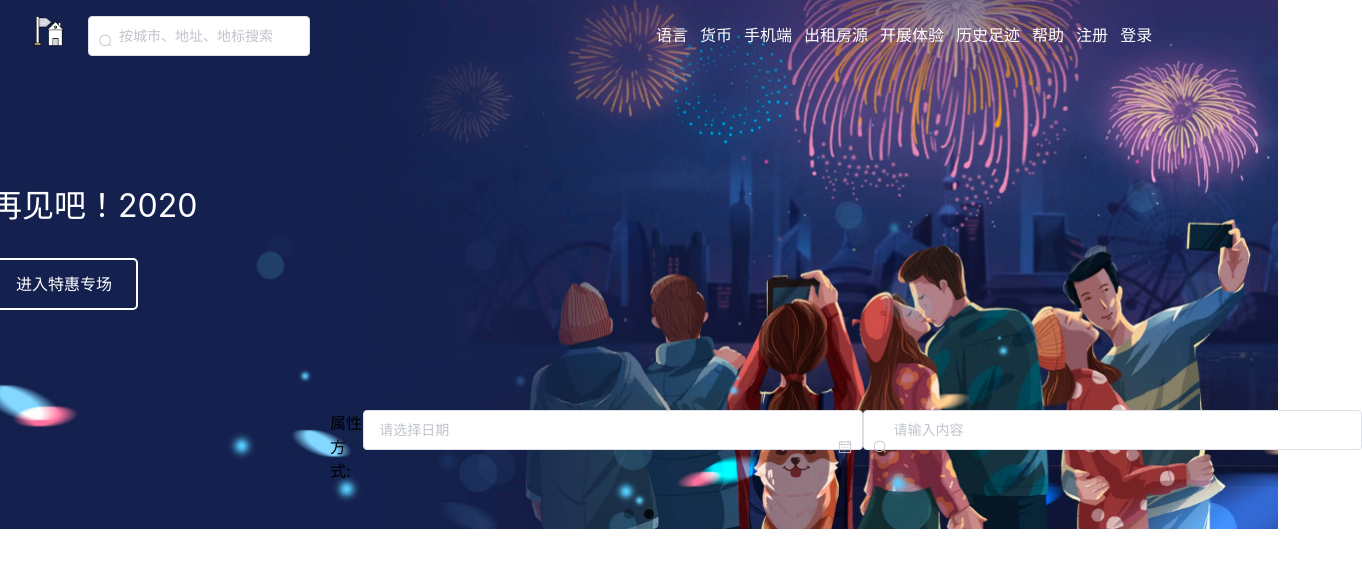
Repository: yz1181214391/my-airbnb
Page: /
The author's editor kept a copy of each file at every save. The page is drawn from the files as they stood at one save, then again after the next save.
The browser window is 1280 px wide. The page is 1362 px wide, so the pictures cover 1362 px, including what lies to the right of the window. The pictures show the whole page.
The project was rebuilt for these pictures with package versions that can differ from the ones it lists, and the page was loaded fresh each time. Also part of the build but not shown: src/views/Language.vue, src/views/Currency.vue, src/views/Enter.vue, src/views/Experience.vue, src/views/Help.vue, src/views/History.vue, src/views/Mobile.vue, src/views/Register.vue and 1 more.

Above is the page before, as saved 2020-12-11 10:47:28.

### src/App.vue
<template>
  <div id="app">
    <div class="app-header">
      <Header/>
      <Banner class="banner"/>
    </div>

  </div>

</template>

<script>
import Banner from './components/Banner'
import Header from './components/Header'

export default {
   name: 'app',
  components:{
    Banner,
    Header
  }
}
</script>


<style lang="less">
// #app {
//   font-family: Avenir, Helvetica, Arial, sans-serif;
//   -webkit-font-smoothing: antialiased;
//   -moz-osx-font-smoothing: grayscale;
//   text-align: center;
//   color: #2c3e50;
// }

  html,body {margin: 0;padding: 0;height: 100%;width: 100%;}
  a {text-decoration: none;}
  body,div,dl,dt,dd,ul,ol,li,h1,h2,h3,h4,h5,h6,pre,form,fieldset,input,textarea,p,blockquote,th,td {margin: 0;padding: 0;}
  table {border-collapse: collapse;border-spacing: 0;}
  fieldset,img {border: 0;}
  address,caption,cite,code,dfn,em,strong,th,var {font-style: normal;font-weight: normal;}
  ol,ul {list-style: none;}
  caption,th {text-align: left;}
  h1,h2,h3,h4,h5,h6 {font-size: 100%;font-weight: normal;}
  q:before,q:after {content: '';}
  abbr,acronym {border: 0;}
  body{
      font-family: "Chinese Quote", -apple-system, BlinkMacSystemFont, "Segoe UI", "PingFang SC", "Hiragino Sans GB", "Microsoft YaHei", "Helvetica Neue", Helvetica, Arial, sans-serif, "Apple Color Emoji", "Segoe UI Emoji", "Segoe UI Symbol";
  }

  .banner{
    position: absolute;
    left: 0;
    top: 0;
    z-index: -1;
  }
</style>

### src/router/index.js
import Vue from 'vue'
import VueRouter from 'vue-router'

import Language from '../views/Language.vue'
import Currency from '../views/Currency.vue'
import Enter from '../views/Enter.vue'
import Experience from '../views/Experience.vue'
import Help from '../views/Help.vue'
import History from '../views/History.vue'
import Mobile from '../views/Mobile.vue'
import Register from '../views/Register.vue'
import Room from '../views/Room.vue'



Vue.use(VueRouter)

const routes = [
  // {
  //   path: '/',
  //   name: 'Language',
  //   component: Language
  // },
  // {
  //   path: '/Currency',
  //   name: 'Currency',
  //   // route level code-splitting
  //   // this generates a separate chunk (about.[hash].js) for this route
  //   // which is lazy-loaded when the route is visited.
  //   component: () => import(/* webpackChunkName: "about" */ '../views/Currency.vue')
  // }
  { path : '/Language', component : Language},
  { path : '/Currency', component : Currency},
  { path : '/Enter', component : Enter},
  { path : '/Experience', component : Experience},
  { path : '/Help', component : Help},
  { path : '/History', component : History},
  { path : '/Mobile', component : Mobile},
  { path : '/Register', component : Register},
  { path : '/Room', component : Room},
]

const router = new VueRouter({
  mode: 'history',
  base: process.env.BASE_URL,
  routes
})

export default router

### src/components/Banner.vue
<template>
  <div class="banner-box">
      <div class="banner">
          <img v-for="(v,i) in img " :key="i" :src="v" v-show="i==n" alt="">
          <div class="banner-circle">
              <ul>
                 <li v-for="(v,i) in img" :key="i" :class="i==n ? 'selected' : ''"></li>
              </ul>
          </div>
      </div>
  </div>
</template>

<script>
export default {
  data (){
      return{
          n:0,
          img:[
              require("../assets/img/banner1.jpg"),
              require("../assets/img/banner2.jpeg")
          ]
      }
  },
  methods : {
      fun:function(){
          setInterval(this.play,5000)
      },
      play:function(){
          this.n++;
          if(this.n == this.img.length){
              this.n = 0
          }
      }
  },
  mounted:function(){
          this.fun()
      }
}
</script>
<style>
    .banner-box{
      width: 100%;
      height: 529px;
    }
    ul{
        list-style-type: none;
    }
    .banner{
        position: relative;
    }
    .banner .banner-circle{
        position: absolute;
        bottom: 5px;
        left: 0;
        right: 0;
        color: #ffffff;
    }
    .banner .banner-circle li{
        display: inline-block;
        background: rgba(0,0,0,0.3);
        border-radius: 50%;
        padding: 5px;
        margin: 5px;
    }
    .banner .banner-circle ul{
        text-align: center;
    }
    .banner .banner-circle .selected{
        background: rgba(0,0,0,0.8);
    }
    .banner img{
        width: 100%;
        height: 529px;
        margin: 0;
        padding: 0;
    }
</style>

### src/components/Header.vue
<template>
    <div class="airbnb-box">
      <el-row :gutter="20">
        <el-col :span="6">
          <div class="grid-content bg-purple" style="display:flex">
            <a href="###"><img class="logo" src="../assets/img/012-zhandian.png" alt=""></a>
            <el-input v-model="input" style="width: 460px;height: 48px;" prefix-icon='el-icon-search' placeholder="按城市、地址、地标搜索"></el-input>
          </div>
        </el-col>
        <el-col :span="12" :offset="6">
          <div class="grid-content bg-purple nav-box">
            <router-link to="/Language">语言</router-link>
            <router-link to="/Currency">货币</router-link>
            <router-link to="/Mobile">手机端</router-link>
            <router-link to="/Room">出租房源</router-link>
            <router-link to="/Experience">开展体验</router-link>
            <router-link to="/History">历史足迹</router-link>
            <router-link to="/Help">帮助</router-link>
            <router-link to="/Register">注册</router-link>
            <router-link to="/Enter">登录</router-link>
          </div>
        </el-col>
      </el-row>
      <el-row :gutter="20">
        <el-col :span="6" :offset="6">
          <div class="grid-content bg-purple" style="margin:80px 0; margin-left:-340px">
            <h1 style="font-size:32px;color:#fff">再见吧！2020</h1>
            <div class="preferential-btn">进入特惠专场</div>
          </div>
        </el-col>
        <el-col :span="6" :offset="6"><div class="grid-content bg-purple"></div></el-col>
      </el-row>
      <el-row :gutter="20">
        <el-col :span="12" :offset="6" >
          <div class="grid-content bg-purple">
            <div class="demo-input-suffix" style="display:flex;width:1032px;height:72px;">
              属性方式:
              <el-input
                placeholder="请选择日期"
                suffix-icon="el-icon-date"
                v-model="input2">
              </el-input>
              <el-input
                placeholder="请输入内容"
                prefix-icon="el-icon-search"
                v-model="input21">
              </el-input>
            </div>
          </div>
        </el-col>
      </el-row>
    </div>
</template>

<script>
// import Banner from './components/Banner'
export default {
    data(){
      return {
        input:'',
        input2:'',
        input21:'',
      }
    }
  // components:{
  //   Banner
  // }
}
</script>


<style lang="less">

.airbnb-box{
    width: 100%;
    height: 529px;

    // background-color: #cccccc;
  }

.el-row {
    margin-bottom: 20px;
    margin-left: 0 !important;
    margin-right: 0 !important;
    display: flex;
    &:first-child{

      align-items: center;
      width: 100%;
      height: 80px;
      // background-color: #99a9bf;
    }
    &:last-child {
      margin-bottom: 0;
    }
  }
  .el-col {
    border-radius: 4px;
  }
  .bg-purple-dark {
    background: #99a9bf;
  }
  .bg-purple {
    // background: #d3dce6;
  }
  .bg-purple-light {
    background: #e5e9f2;
  }
  .grid-content {
    border-radius: 4px;
    min-height: 36px;
  }
  .row-bg {
    padding: 10px 0;
    background-color: #f9fafc;
  }


.logo{
  width: 30px;
  height: 30px;
  margin: 0 24px;
}
.preferential-btn{
  width:144px;
  height:48px;
  border:2px solid #ffff;
  border-radius:5px;
  text-align: center;
  line-height: 48px;
  color:#fff;
  margin: 32px 0;
}
.nav-box > a{
  margin: 0 6px;
  color: #fff;
}
</style>

Loaded but not shown: public/index.html (common file); src/main.js (common file); src/store/index.js (common file)

After the next save:
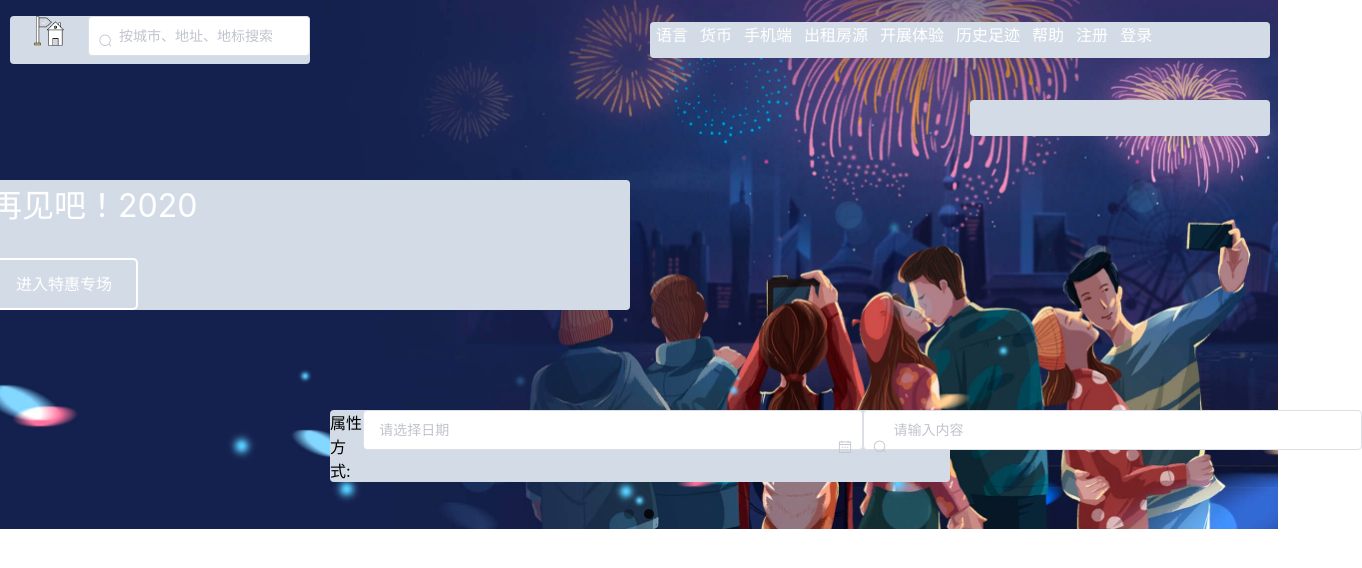
Saved 90 s later.
--- a/src/components/Header.vue
+++ b/src/components/Header.vue
@@ -101,7 +101,7 @@ export default {
     background: #99a9bf;
   }
   .bg-purple {
-    // background: #d3dce6;
+    background: #d3dce6;
   }
   .bg-purple-light {
     background: #e5e9f2;
